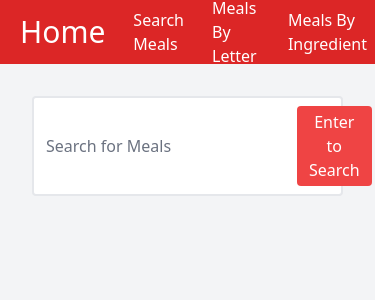
Repository: HalemX/meals
Page: /by-name
An editor plug-in stored every save of this project. The page is shown before and after the next save, followed by the edit.
The browser window is 375 px wide. The pictures show the whole page.
The project was rebuilt for these pictures with package versions that can differ from the ones it lists, and the page was loaded fresh each time. Also part of the build but not shown: vite.config.js, src/pages/home/Home.vue, src/components/layout/GuestLayout.vue, src/components/ui/BaseButtons.vue, src/pages/meals/MealsByIngredient.vue, src/pages/meals/MealsByLetters.vue, src/components/meals_components/MealDetails.vue, src/pages/meals/AllIngredients.vue.

Above is the page before, as saved 2024-02-12 16:44:00.

### index.html
<!DOCTYPE html>
<html lang="en">
  <head>
    <meta charset="UTF-8" />
    <link rel="icon" type="image/svg+xml" href="/vite.svg" />
    <meta name="viewport" content="width=device-width, initial-scale=1.0" />
    <title>Vite + Vue</title>
  </head>
  <body class="bg-gray-100 h-full">
    <div id="app"></div>
    <script type="module" src="/src/main.js"></script>
  </body>
</html>

### src/main.js
import { createApp } from "vue";

import router from "./router";
import store from "./store";
import "./style.css";

import App from "./App.vue";

const app = createApp(App);
app.use(router);
app.use(store);

app.mount("#app");

### src/router/index.js
import { createRouter, createWebHistory } from "vue-router";

import Home from "../pages/home/Home.vue";

import DefaultLayout from "../components/layout/DefaultLayout.vue";
import GuestLayout from "../components/layout/GuestLayout.vue";

import MealsByIngredient from "../pages/meals/MealsByIngredient.vue";
import MealsByLetters from "../pages/meals/MealsByLetters.vue";
import MealsByName from "../pages/meals/MealsByName.vue";
import MealDetails from "../components/meals_components/MealDetails.vue";
import AllIngredients from "../pages/meals/AllIngredients.vue";

const routes = [
  {
    path: "/",
    component: DefaultLayout,
    children: [
      {
        path: "/",
        name: "home",
        component: Home,
      },
      {
        path: "/by-letter/:letter?",
        name: "byLetter",
        component: MealsByLetters,
      },
      {
        path: "/by-name/:name?",
        name: "byName",
        component: MealsByName,
      },
      {
        path: "/ingredients",
        name: "ingredients",
        component: AllIngredients,
      },
      {
        path: "/by-ingredient/:ingredient",
        name: "byIngredient",
        component: MealsByIngredient,
      },
      {
        path: "/meal/:id",
        name: "mealDetails",
        component: MealDetails,
      },
    ],
  },
  {
    path: "/guest",
    component: GuestLayout,
    children: [],
  },
];

const router = createRouter({
  history: createWebHistory(),
  routes,
});

export default router;

### src/store/index.js
import { createStore } from "vuex";

import mealsModule from "./modules/meals/index";

const store = createStore({
  modules: {
    mealsModule,
  },
});

export default store;

### src/App.vue
<template>
  <router-view v-slot="slotProps">
    <transition name="route" mode="out-in">
      <component :is="slotProps.Component"></component>
    </transition>
  </router-view>
</template>

<style scoped>
.route-enter-from {
  opacity: 0;
  transform: translateY(-30px);
}
.route-leave-to {
  opacity: 0;
  transform: translateY(30px);
}
.route-enter-active {
  transition: all 0.4s ease-out;
}
.route-enter-active {
  transition: all 0.4s ease-in;
}
.route-enter-to,
.route-leave-from {
  opacity: 1;
  transform: translateY(0);
}
</style>

### src/components/layout/DefaultLayout.vue
<template>
  <div>
    <navbar />
    <main>
      <router-view v-slot="slotProps">
        <transition name="route" mode="out-in">
          <component :is="slotProps.Component"></component>
        </transition>
      </router-view>
    </main>
  </div>
</template>

<script>
import Navbar from "./Navbar.vue";
export default {
  components: {
    Navbar,
  },
};
</script>

<style>
.route-enter-from {
  opacity: 0;
  transform: translateY(-30px);
}
.route-leave-to {
  opacity: 0;
  transform: translateY(30px);
}
.route-enter-active {
  transition: all 0.4s ease-out;
}
.route-enter-active {
  transition: all 0.4s ease-in;
}
.route-enter-to,
.route-leave-from {
  opacity: 1;
  transform: translateY(0);
}
</style>

### src/pages/meals/MealsByName.vue
<template>
  <div class="lg:mx-20">
    <div class="p-8 pb-0">
      <div class="rounded border-2 border-gray-200 bg-white flex">
        <input
          type="text"
          class="rounded border-2 border-gray-200"
          placeholder="Search for Meals"
          v-model.trim="enterName"
          @change="searchMealsByName"
        />
        <button
          @click="searchMealsByName"
          class="m-2 px-3 transition ease-in-out delay-150 sm:mt-2 border-[#ef4444] bg-[#ef4444] hover:scale-105 hover:bg-[#f87171] duration-300 text-white py-1 rounded"
        >
          Enter to Search
        </button>
      </div>
    </div>
    <meals-item v-if="!emptyEnter" :meals="mealsByName"></meals-item>
    <p v-else class="text-[#ff0000] mt-2 px-8">Must Enter Name of Meal!</p>
  </div>
</template>

<script>
import { computed, onMounted, ref } from "vue";
import { useStore } from "vuex";
import { useRoute } from "vue-router";
import MealsItem from "../../components/meals_components/MealsItem.vue";

export default {
  components: {
    MealsItem,
  },
  setup() {
    const enterName = ref("");
    const emptyEnter = ref(false);

    const store = useStore();

    const mealsByName = computed(() => {
      return store.getters.getSearchMealsByName;
    });

    function searchMealsByName() {
      if (enterName.value) {
        store.dispatch("searchMealsByName", enterName.value);
        emptyEnter.value = false;
      } else {
        emptyEnter.value = true;
      }
    }

    const rout = useRoute();
    onMounted(() => {
      enterName.value = rout.params.name;
      if (enterName.value) {
        searchMealsByName();
      }
    });

    return { searchMealsByName, mealsByName, enterName, emptyEnter };
  },
};
</script>

<style scoped>
input {
  transition: 0.3s;
  caret-color: #dc2626;
  flex-grow: 2;
  border: none;
}
input:focus {
  outline: none !important;
  border-color: transparent !important;
  box-shadow: none !important;
}
@media (max-width: 420px) {
  form {
    flex-direction: column;
    background-color: transparent;
    border: none;
  }
}
</style>

### src/store/modules/meals/index.js
import mutations from "./mutations";
import actions from "./actions";
import getters from "./getters";

export default {
  state() {
    return {
      searchMealsByName: [],
      searchMealsByLetter: [],
      searchMealsByIng: [],
    };
  },
  mutations,
  actions,
  getters,
};

### src/components/layout/Navbar.vue
<template>
  <div class="bg-[#dc2626]">
    <header
      class="text-white shadow h-16 flex justify-between items-stretch bg-[#dc2626] md:mx-20"
    >
      <router-link
        class="text-3xl inline-flex items-center h-full px-5"
        :to="{ name: 'home' }"
        >Home</router-link
      >
      <div class="flex items-center gap-3">
        <router-link
          class="inline-flex items-center px-2 h-full transition-colors hover:bg-[#ef4444]"
          :to="{ name: 'byName' }"
          >Search Meals</router-link
        >
        <router-link
          class="inline-flex items-center px-2 h-full transition-colors hover:bg-[#f87171]"
          :to="{ name: 'byLetter' }"
          >Meals By Letter</router-link
        >
        <router-link
          class="inline-flex items-center px-2 h-full transition-colors hover:bg-[#f87171]"
          :to="{ name: 'ingredients' }"
          >Meals By Ingredient</router-link
        >
      </div>
    </header>
  </div>
</template>

<script>
export default {};
</script>

<style scoped>
header {
  box-shadow: none !important;
}
</style>

### src/components/meals_components/MealsItem.vue
<template>
  <div class="grid grid-cols-1 md:grid-cols-3 gap-5 p-8">
    <div
      v-for="meal of meals"
      :key="meal.idMeal"
      class="bg-white shadow rounded-xl"
    >
      <router-link :to="{ name: 'mealDetails', params: { id: meal.idMeal } }">
        <img
          :src="meal.strMealThumb"
          :alt="meal.strMeal"
          class="rounded-t-xl w-full h-48 object-cover"
        />
      </router-link>
      <div class="p-3">
        <h3 class="font-bold">{{ meal.strMeal }}</h3>
        <p class="mb-4">
          Lorem ipsum dolor sit, amet consectetur adipisicing elit. Repellendus
          dicta saepe.
        </p>
      </div>
      <div class="flex items-center justify-between">
        <base-buttons :href="meal.strYoutube"></base-buttons>
      </div>
    </div>
  </div>
</template>

<script>
import BaseButtons from "../ui/BaseButtons.vue";

export default {
  components: {
    BaseButtons,
  },
  props: ["meals"],
};
</script>

### src/axiosClient.js
import axios from "axios";

const axiosClient = axios.create({
  baseURL: import.meta.env.VITE_API_BASE_URL,
});

export default axiosClient;

### src/store/modules/meals/mutations.js
export default {
  setSearchMealsByName(state, meals) {
    state.searchMealsByName = meals;
  },
  setSearchMealsByLetter(state, meals) {
    state.searchMealsByLetter = meals;
  },
  setSearchMealsByIng(state, meals) {
    state.searchMealsByIng = meals;
  },
};

### src/store/modules/meals/actions.js
import axiosClient from "../../../axiosClient";

export default {
  async searchMealsByName(context, enterName) {
    const response = await axiosClient.get(`search.php?s=${enterName}`);

    const responseData = await response.data;

    context.commit("setSearchMealsByName", responseData.meals);
  },

  async searchMealsLetter(context, letter) {
    const response = await axiosClient.get(`search.php?f=${letter}`);

    const responseData = await response.data;

    context.commit("setSearchMealsByLetter", responseData.meals);
  },

  async searchMealsByIng(context, enterIng) {
    const response = await axiosClient.get(`filter.php?i=${enterIng}`);

    const responseData = await response.data;

    context.commit("setSearchMealsByIng", responseData.meals);
  },

  //   async fetchMeals(context) {
  //     const response = await fetch(
  //       "https://www.themealdb.com/api/json/v1/1/search.php?s=Arrabiata"
  //     );
  //     const responseData = await response.json();
  //     if (!response.ok) {
  //       const error = new Error(responseData.message || "Failed to fetch Meals");
  //       throw error;
  //     }
  //     // console.log(responseData.meals);
  //     // const meals = [];
  //     // for (const key in responseData) {
  //     //   const request = {
  //     //     id: key,
  //     //     coachId: coachId,
  //     //     userEmail: responseData[key].userEmail,
  //     //     message: responseData[key].message,
  //     //   };
  //     //   requests.push(request);
  //     // }
  //     context.commit("setMeals", responseData.meals.slice(0, 5));
  //   },
};

### src/store/modules/meals/getters.js
export default {
  getSearchMealsByName(state) {
    return state.searchMealsByName;
  },
  getSearchMealsByLetter(state) {
    return state.searchMealsByLetter;
  },
  getSearchMealsByIng(state) {
    return state.searchMealsByIng;
  },
};

### tailwind.config.js
/** @type {import('tailwindcss').Config} */
export default {
  content: ["./index.html", "./src/**/*.{vue,js,ts,jsx,tsx}"],
  theme: {
    extend: {},
  },
  plugins: [
    require("@tailwindcss/forms"),
    // ...
  ],
};

Loaded but not shown: src/style.css (common file)

After the next save:
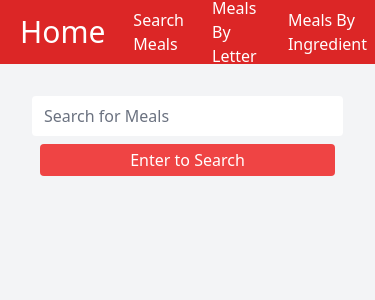
Saved 10 s later.
--- a/src/pages/meals/MealsByName.vue
+++ b/src/pages/meals/MealsByName.vue
@@ -77,7 +77,7 @@ input:focus {
   box-shadow: none !important;
 }
 @media (max-width: 420px) {
-  form {
+  div {
     flex-direction: column;
     background-color: transparent;
     border: none;
